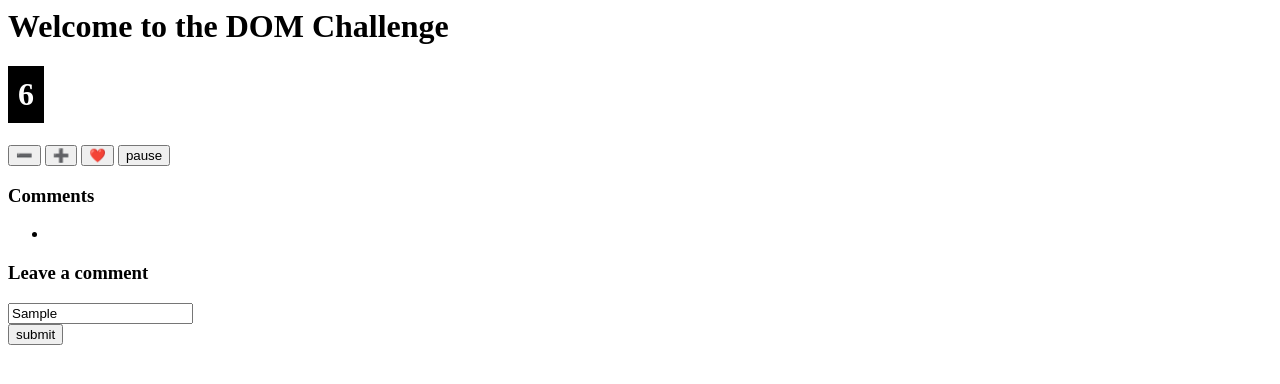
Repository: learn-co-students/jsdom-dom-challenge-austin-web-030920
Page: index.html
These files come from the project's save history. The page is drawn as it stood at one moment and after the next save; the edit follows.
The browser window is 1280 px wide. The pictures show the whole page.
Empty fields were first filled with sample values (such as "Sample", 5 or name@example.com).
After loading, the first visible `#comment-form` was submitted once.

Above is the page before, as saved 2020-04-22 17:41:29.

After the next save:
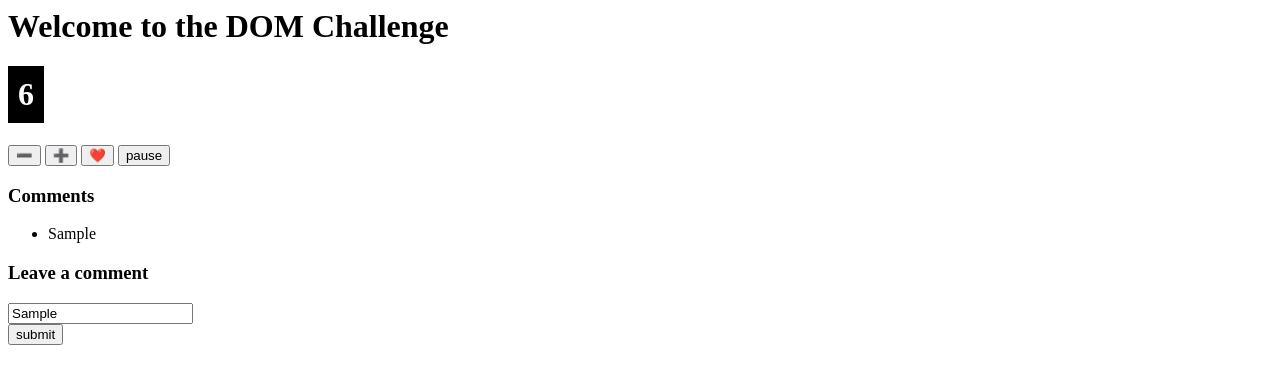
Saved 18 s later.
--- a/js/challenge.js
+++ b/js/challenge.js
@@ -70,7 +70,7 @@ function addComment(event) {
     // console.log('test');
     event.preventDefault();
     let comments = document.getElementById('list');
-    let commentText = document.getElementById('comment-input').innerText;
+    let commentText = document.getElementById('comment-input').value;
     let comment = document.createElement('li');
     comment.innerText = commentText
 
